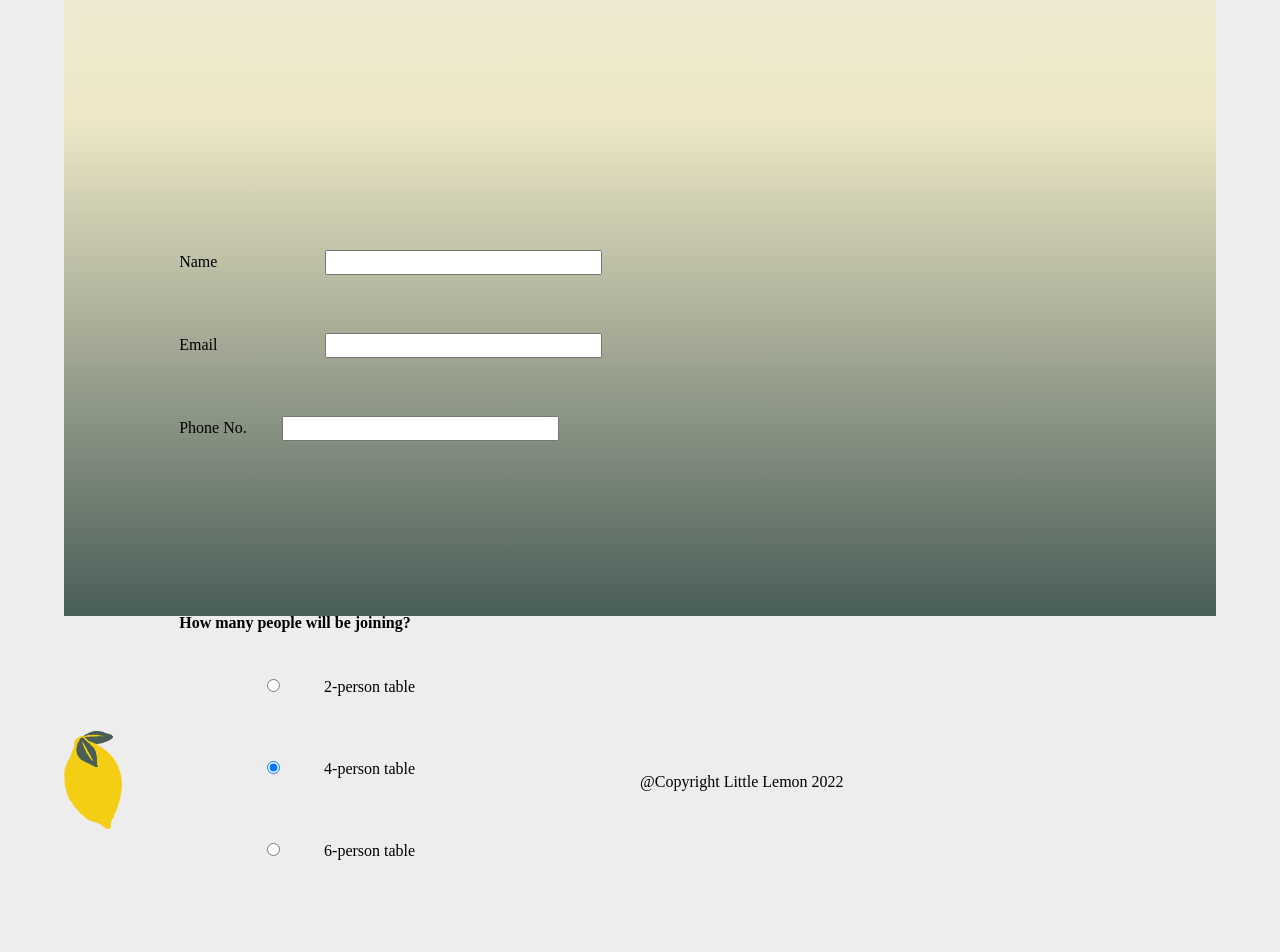
Repository: klone007/littleLemon
Page: index.html
An editor plug-in stored every save of this project. The page is shown before and after the next save, followed by the edit.
The browser window is 1280 px wide. The pictures show the part of the page from y = 3351 to 4303 px (the page is 4554 px tall before and 4535 px after).
A picture or video elsewhere on the page could not be fetched, so the positions and the page height are approximate. Backgrounds fixed to the window are drawn as part of the page.

Above is the page before, as saved 2022-11-17 13:43:18.

After the next save:
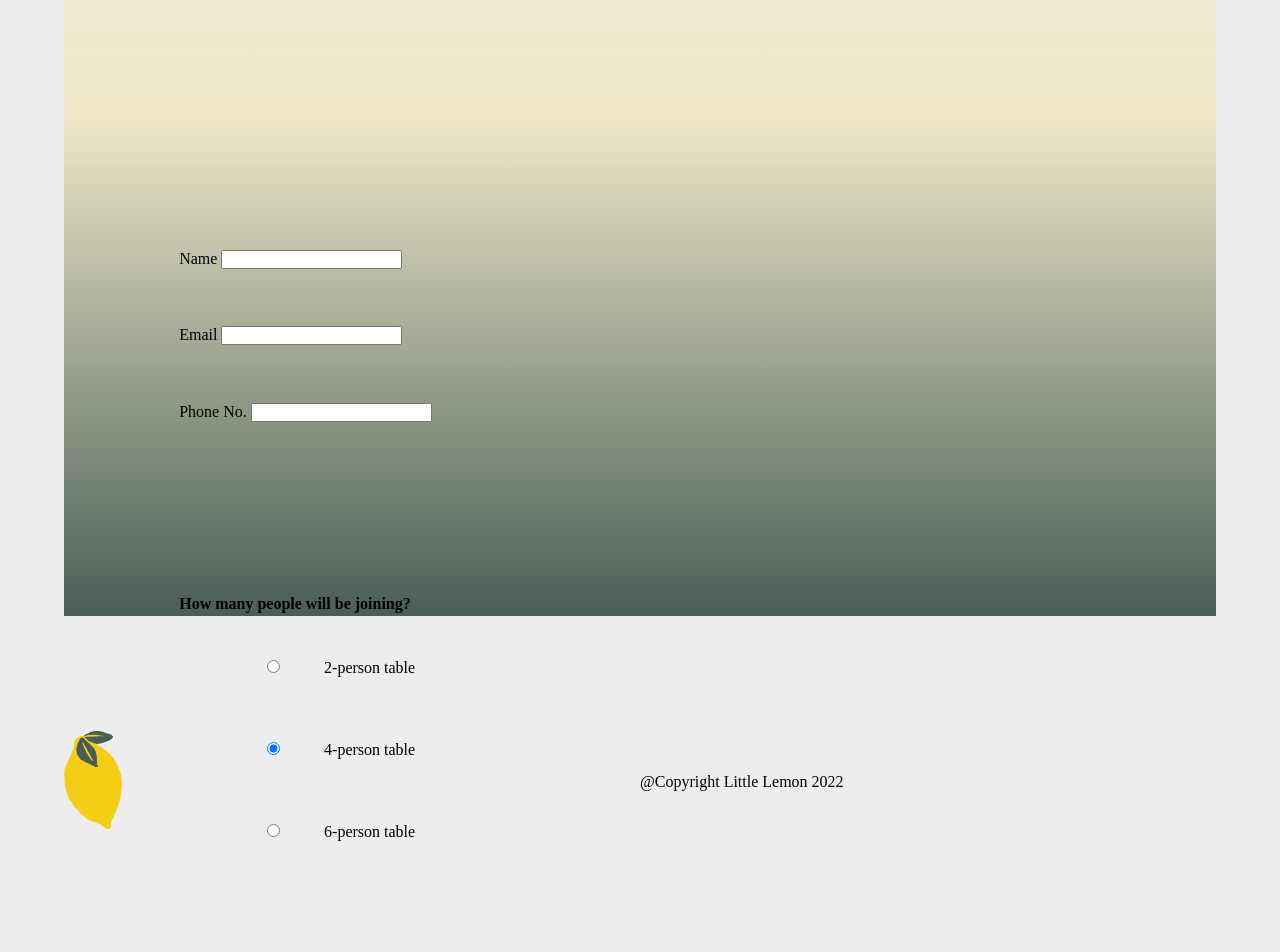
Saved 19 s later.
--- a/styles.css
+++ b/styles.css
@@ -518,21 +518,6 @@
     margin:0 5%;
 }
 
-#user_Name{
-    margin-left:10%;
-    padding:0.2rem 3rem;
-}
-
-
-#user_Email{
-    margin-left:10%;
-    padding:0.2rem 3rem;
-}
-
-#user_Phone{
-    margin-left:3%;
-    padding:0.2rem 3rem;
-}
 
 #location{
     border:0;

After the 2 saves that followed:
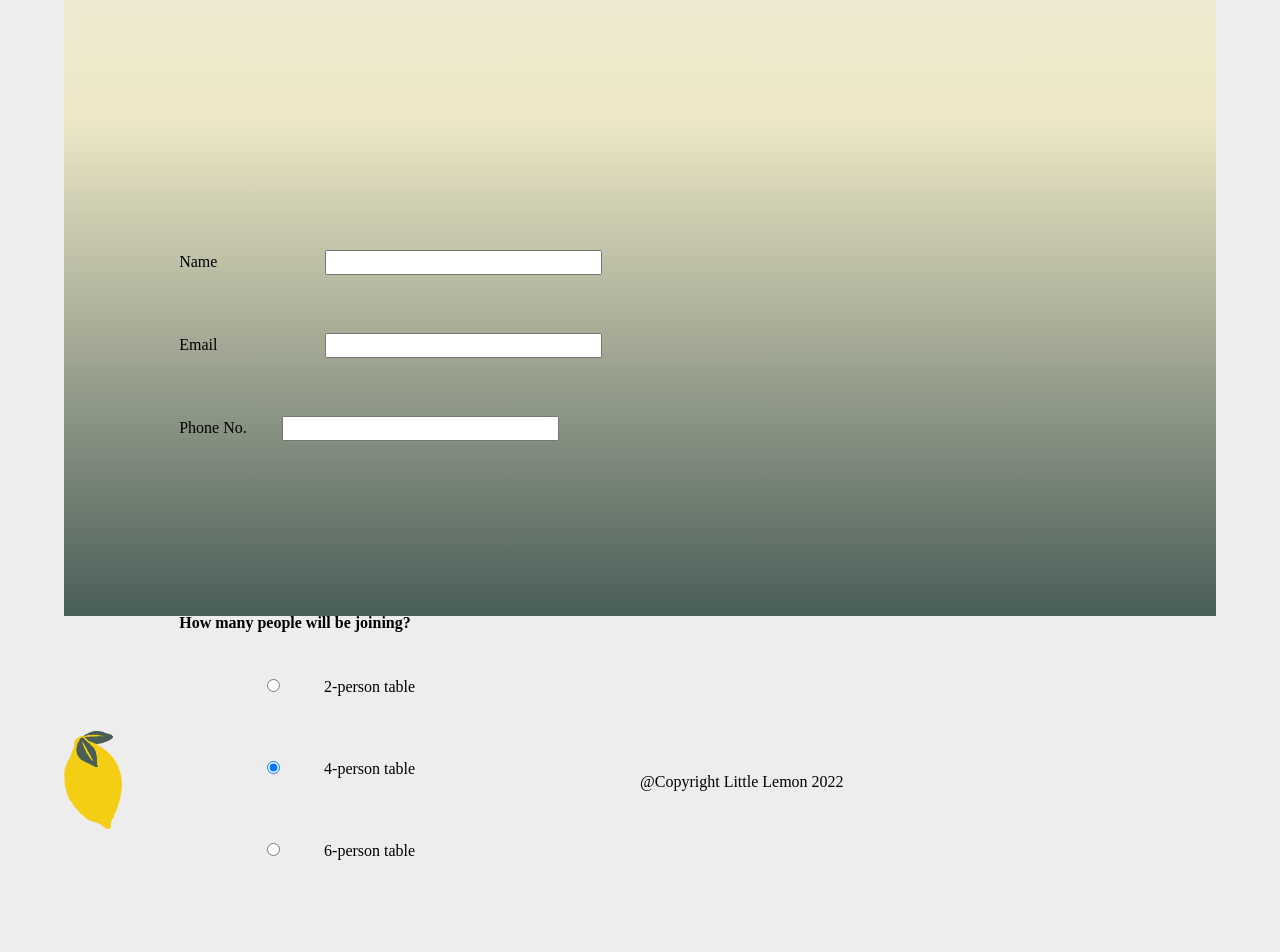
The 2 saves are shown as one change because they came seconds apart.
The last was saved 10 s later.
--- a/styles.css
+++ b/styles.css
@@ -502,6 +502,23 @@
     padding-left: 10%;
 }
 
+
+#user_Name{
+    margin-left:10%;
+    padding:0.2rem 3rem;
+}
+
+
+#user_Email{
+    margin-left:10%;
+    padding:0.2rem 3rem;
+}
+
+#user_Phone{
+    margin-left:3%;
+    padding:0.2rem 3rem;
+}
+
 #size{
     display: flex;
     flex-direction: column;
